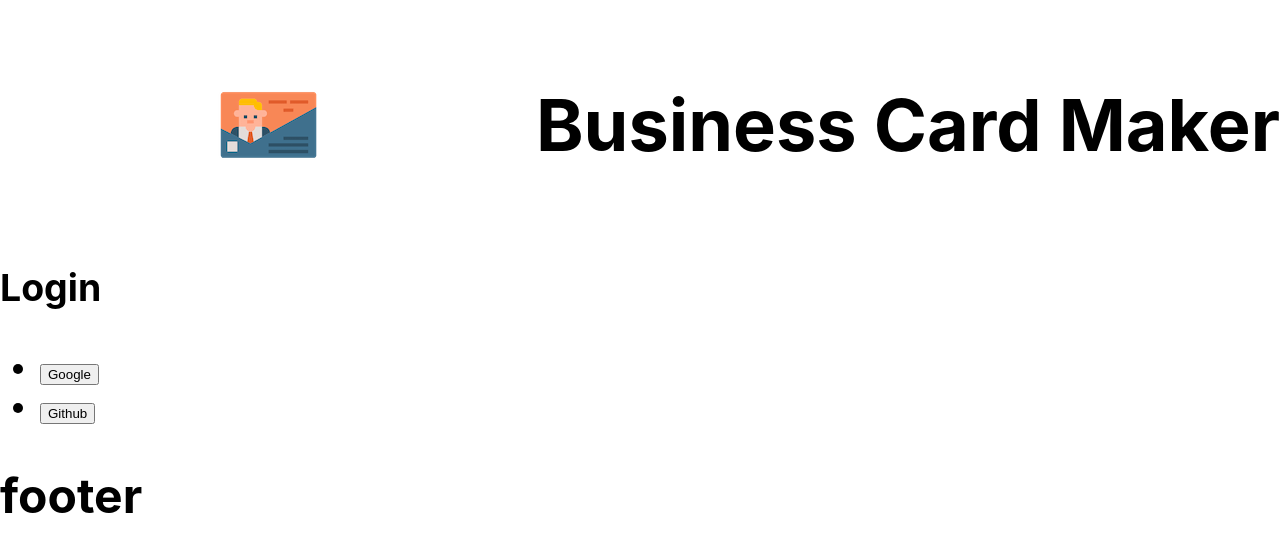
Repository: gomgomigom/firebase_practice_card_maker
Page: /
An editor plug-in stored every save of this project. The page is shown before and after the next save, followed by the edit.
The browser window is 1280 px wide. The pictures show the whole page.
The page's requests for data from a server got no answer. The project was rebuilt for these pictures with package versions that can differ from the ones it lists, and the page was loaded fresh each time. No one was signed in, and anything a server would have sent is missing. Also part of the build but not shown: src/app.css.

Above is the page before, as saved 2022-01-21 13:31:16.

### public/index.html
<!DOCTYPE html>
<html lang="en">
  <head>
    <meta charset="utf-8" />
    <link rel="icon" href="./images/logo.png" />
    <meta name="viewport" content="width=device-width, initial-scale=1" />
    <meta name="theme-color" content="#000000" />
    <meta
      name="description"
      content="Web site created using create-react-app"
    />
    <title>Card-Maker</title>
  </head>
  <body>
    <noscript>You need to enable JavaScript to run this app.</noscript>
    <div id="root"></div>
  </body>
</html>

### src/index.js
import React from 'react';
import ReactDOM from 'react-dom';
import './index.module.css';
import App from './app';
import AuthService from './service/auth_service';

const authService = new AuthService();
ReactDOM.render(
  <React.StrictMode>
    <App authService={authService} />
  </React.StrictMode>,
  document.getElementById('root')
);

### src/app.js
import './app.css';
import Login from './components/login/login';

function App({ authService }) {
  return (
    <h1>
      <Login authService={authService} />
    </h1>
  );
}

export default App;

### src/service/auth_service.js
import firebase from 'firebase';
import firebaseApp from './firebase';

class AuthService {
  login(providerName) {
    const authProvider = new firebase.auth[`${providerName}AuthProvider`]();
    return firebaseApp.auth().signInWithPopup(authProvider);
  }
}
export default AuthService;

### src/components/login/login.jsx
import React from 'react';
import Footer from '../footer/footer';
import Header from '../header/header';
import styles from './login.module.css';

const Login = ({ authService }) => {
  const onLogin = (event) => {
    authService //
      .login(event.currentTarget.textContent)
      .then(console.log);
  };

  return (
    <section className={styles.login}>
      <Header />
      <section>
        <h1>Login</h1>
        <ul>
          <li>
            <button onClick={onLogin}>Google</button>
          </li>
          <li>
            <button onClick={onLogin}>Github</button>
          </li>
        </ul>
      </section>
      <Footer />
    </section>
  );
};

export default Login;

### src/service/firebase.js
import firebase from 'firebase';

const firebaseConfig = {
  apiKey: process.env.REACT_APP_FIREBASE_API_KEY,
  authDomain: process.env.REACT_APP_FIREBASE_AUTH_DOMAIN,
  projectId: process.env.REACT_APP_FIREBASE_PROJECT_ID,
  storageBucket: process.env.REACT_APP_FIREBASE_STORAGE_BUCKET,
};

const firebaseApp = firebase.initializeApp(firebaseConfig);

export default firebaseApp;

### src/components/footer/footer.jsx
import React from 'react';

const Footer = (props) => <h1>footer</h1>;

export default Footer;

### src/components/header/header.jsx
import React from 'react';
import styles from './header.module.css';

const Header = ({ onLogout }) => {
  return (
    <header className={styles.header}>
      {onLogout && (
        <button className={styles.button} onClick={onLogout}>
          Logout
        </button>
      )}
      <img className={styles.logo} src='/images/logo.png' alt='logo' />
      <h1 className={styles.title}>Business Card Maker</h1>
    </header>
  );
};

export default Header;

### src/components/login/login.module.css
@value makerLightGrey from '../../common/colors.css';

.login {
}

### src/components/header/header.module.css
@value makerBlack from '../../common/colors.css';
@value makerGreen from '../../common/colors.css';
@value makerWhite from '../../common/colors.css';
@value makerWheat from '../../common/colors.css';

.header {
  display: flex;
  flex-wrap: wrap;
  justify-content: center;
  align-items: center;
  font-size: 3rem;
  background-color: makerGreen;
}

.logo {
  margin: 0.5rem auto;
}

.title {
  color: makerWhite;
}

Loaded but not shown: src/index.module.css (common file)

After the next save:
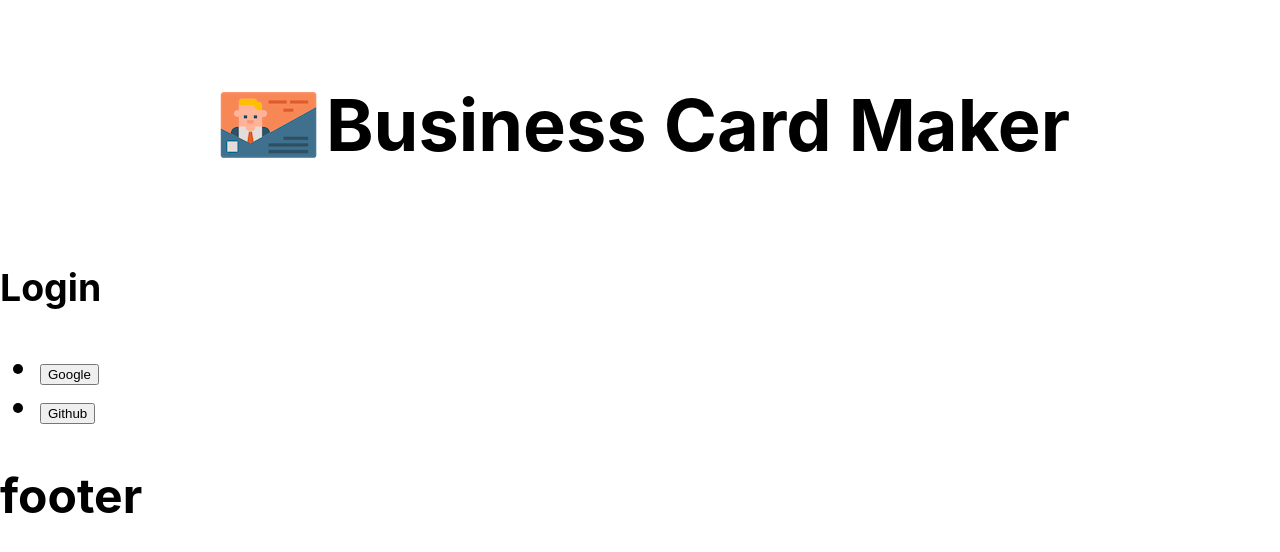
Saved 28 s later.
--- a/src/components/header/header.module.css
+++ b/src/components/header/header.module.css
@@ -13,7 +13,7 @@
 }
 
 .logo {
-  margin: 0.5rem auto;
+  margin: 0.5rem;
 }
 
 .title {
